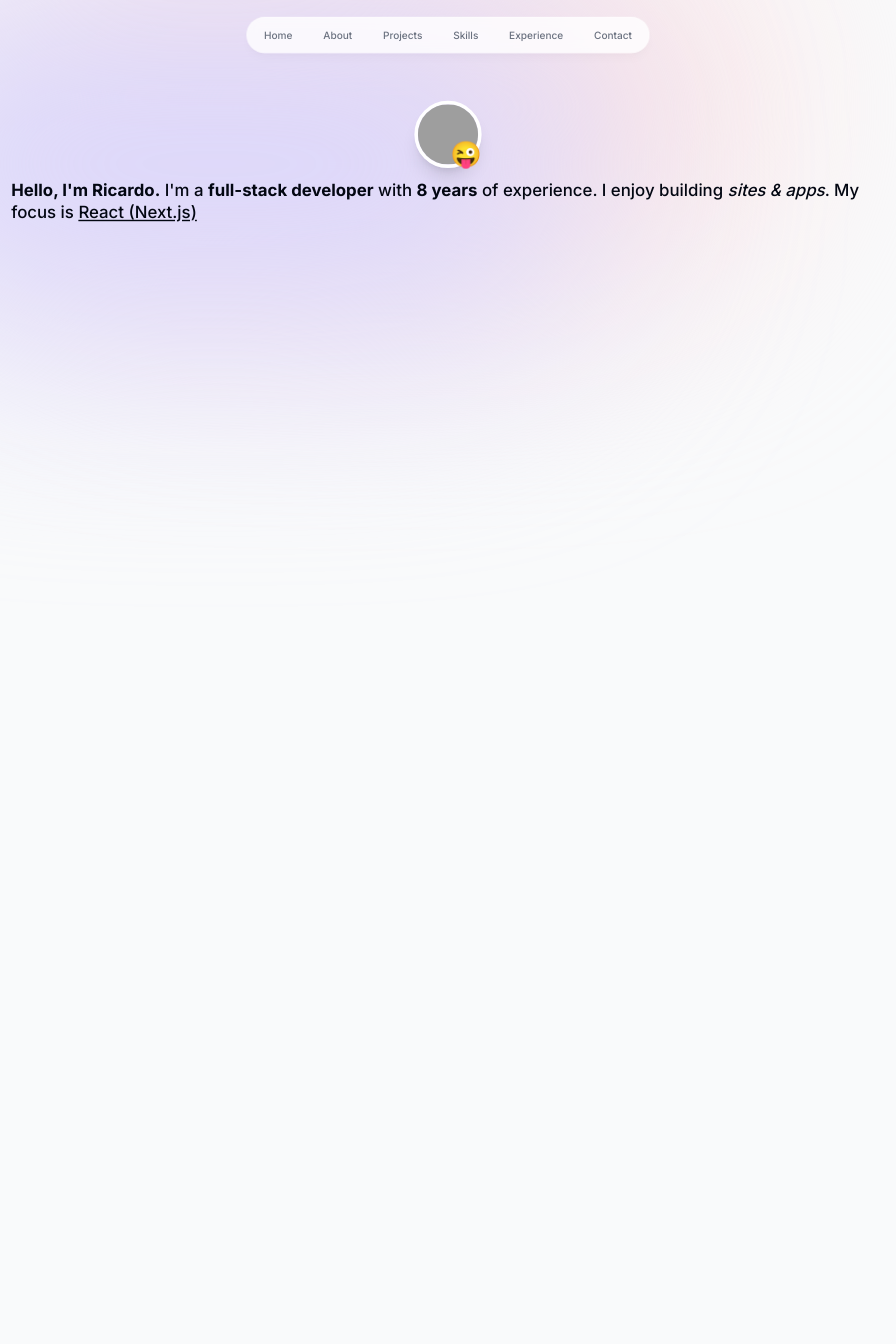
Repository: YUKIKAZE-nanoda/personal-protfolio
Page: /
The author's editor kept a copy of each file at every save. The page is drawn from the files as they stood at one save, then again after the next save.
The browser window is 1280 px wide. The pictures show the part of the page from y = 0 to 1920 px (the page is 5000 px tall), at 70% of full size.
Pictures or frames that could not be fetched are drawn as grey boxes. The project was rebuilt for these pictures with package versions that can differ from the ones it lists, and the page was loaded fresh each time. The framework's server and built-in components were replaced by stand-ins that run in the browser. Also part of the build but not shown: next.config.js.

Above is the page before, as saved 2023-09-19 15:43:44.

### app/layout.tsx
import './globals.css'
import type { Metadata } from 'next'
import { Inter } from 'next/font/google'
import Header from '@/components/header'

const inter = Inter({ subsets: ['latin'] })

export const metadata: Metadata = {
  title: 'shigure|个人简历',
  description: '练习ts和nsxtjs',
}

export default function RootLayout({
  children,
}: {
  children: React.ReactNode
}) {
  return (
    <html lang="en">
      <body className={`${inter.className} bg-gray-50 text-gray-950 relative h-[5000px] pt-28 sm:pt-36`}>
        <div className="bg-[#fbe2e3] absolute top-[-6rem] -z-10 right-[11rem] h-[31.25rem] w-[31.25rem] rounded-full blur-[10rem] sm:w-[68.65rem]"></div>
        <div className="bg-[#dbd7fb] absolute top-[-1rem] -z-10 left-[-35rem] h-[31.25rem] w-[50rem] rounded-full blur-[10rem] sm:w-[68.65rem] md:left-[-33rem] lg:left-[-28rem] xl:left-[-15rem] 2xl:left-[-5rem]">

        </div>
        <Header/>

        {children}</body>
    </html>
  )
}

### app/page.tsx
import Intro from '@/components/intro'
import Image from 'next/image'

export default function Home() {
  return (
    <main className="">
      <Intro/>
    </main>
  )
}

### components/header.tsx
'use client'
import React from 'react'
import { motion } from "framer-motion"
import { links } from '@/lib/data'
import Link from 'next/link'
export default function Header() {
    return (
        <header className='z-[999] relative'>
            <motion.div className='fixed top-0 left-1/2  h-[4.5rem] w-full rounded-none
            border border-white border-opacity-40 bg-white  bg-opacity-80 shadow-lg
             shadow-black/[0.03] backdrop-blur-[0.5rem] sm:top-6 sm:h-[3.25rem] sm:w-[36rem] sm:rounded-full'
                initial={{ y: -100, x: "-50%", opacity: 0 }}
                animate={{ y: 0, x: "-50%", opacity: 1 }}
            >

            </motion.div>
            <nav className='flex fixed top-[0.15rem] left-1/2 h-12 -translate-x-1/2 py-2 sm:top-[1.7rem] sm:h-[initial] sm:py-0'>
                <ul className='flex w-[22rem] flex-wrap items-center justify-center  gap-y-1 text-[0.9rem] font-medium  text-gray-500 sm:w-[initial] sm:flex-nowrap sm:gap-5'>
                    {links.map(link => (
                        <motion.li key={link.hash} initial={{ y: -100, opacity: 0 }} animate={{ y: 0, opacity: 1 }} className='h-3/4 flex items-center justify-center ' >
                            <Link className="flex w-full items-center  justify-center px-3 py-3 hover:text-gray-950 transtion" href={link.hash}>
                                {link.name}
                            </Link>
                        </motion.li>
                    ))}
                </ul>
            </nav>
        </header>
    )
}

### components/intro.tsx
'use client'
import { motion } from 'framer-motion'
import Image from 'next/image'
import React from 'react'

export default function Intro() {
  return (
    <section>
      <div className='flex items-center justify-center'>
        <div className='relative'>
          <motion.div initial={{ opacity: 0, scale: 0 }}
            animate={{ opacity: 1, scale: 1 }}
            transition={{ type: "tween", duration: 0.25 }}>
            <Image src="https://unsplash.com/photos/a-plate-of-peanut-butter-and-banana-slices-Mt7cBpvCpF4"
              alt='shigure'
              width="192"
              height="192"
              quality="95"
              priority={true}
              className='h-24 w-24 rounded-full object-cover border-[0.35rem] border-white shadow-xl'
            />
          </motion.div>

          <motion.span className='absolute text-4xl bottom-0 right-0'
            initial={{ opacity: 0, scale: 0 }}
            animate={{ opacity: 1, scale: 1 }}
            transition={{
              type: 'spring',
              stiffness: 125,
              delay: 0.1,
              duration: 0.7
            }}
          >
            😜
          </motion.span>
        </div>
      </div>
      <p className='mb-10 mt-4 px-4 text-2xl font-medium !leading'>
        <span className="font-bold">Hello, I'm Ricardo.</span> I'm a{" "}
        <span className="font-bold">full-stack developer</span> with{" "}
        <span className="font-bold">8 years</span> of experience. I enjoy
        building <span className="italic">sites & apps</span>. My focus is{" "}
        <span className="underline">React (Next.js)</span>
      </p>
    </section>
  )
}

Loaded but not shown: app/globals.css (common file); lib/data.ts (common file); tailwind.config.ts (common file)

After the next save:
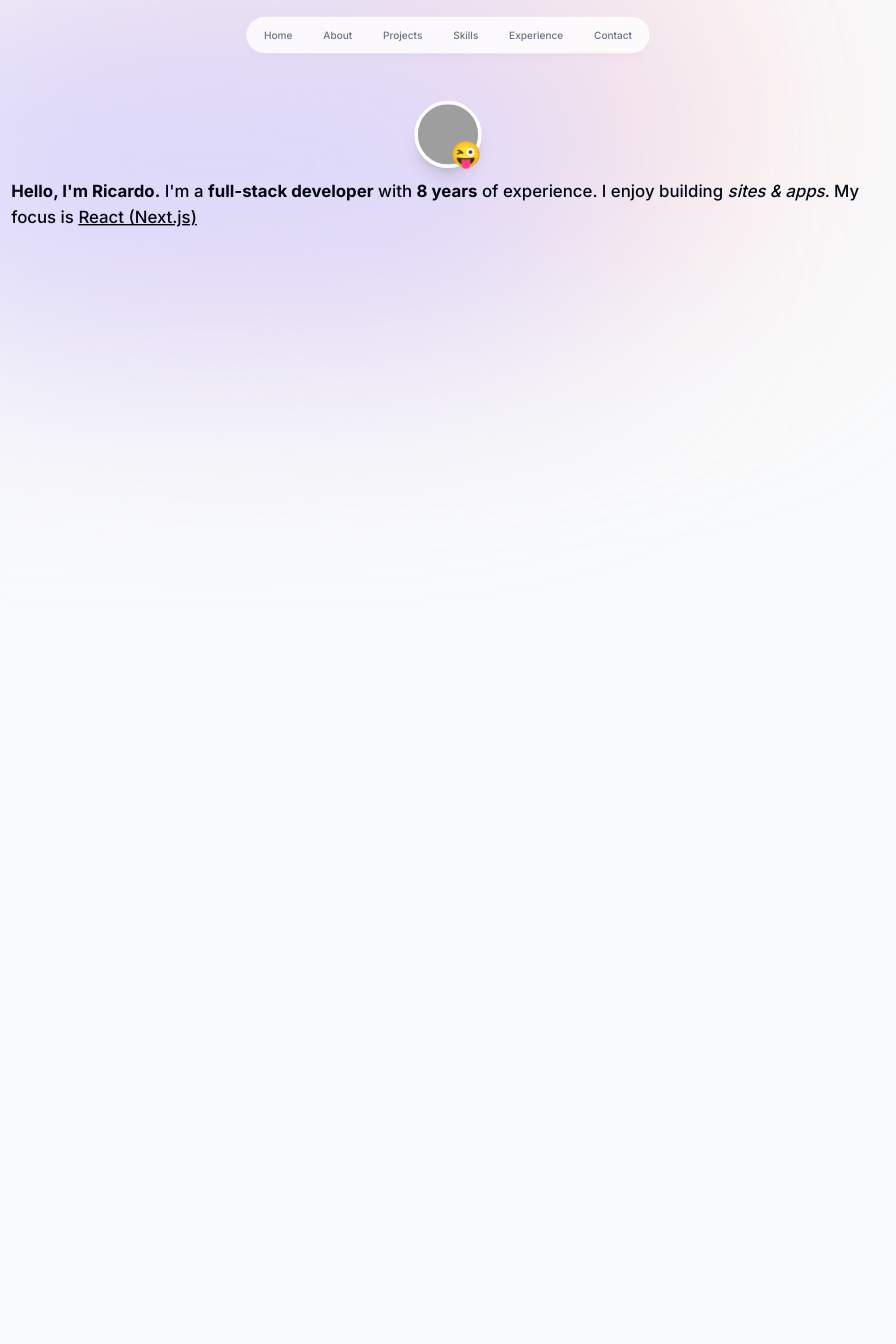
Saved 5 s later.
--- a/components/intro.tsx
+++ b/components/intro.tsx
@@ -35,7 +35,7 @@ export default function Intro() {
           </motion.span>
         </div>
       </div>
-      <p className='mb-10 mt-4 px-4 text-2xl font-medium !leading'>
+      <p className='mb-10 mt-4 px-4 text-2xl font-medium !leading-[1.5]'>
         <span className="font-bold">Hello, I'm Ricardo.</span> I'm a{" "}
         <span className="font-bold">full-stack developer</span> with{" "}
         <span className="font-bold">8 years</span> of experience. I enjoy
